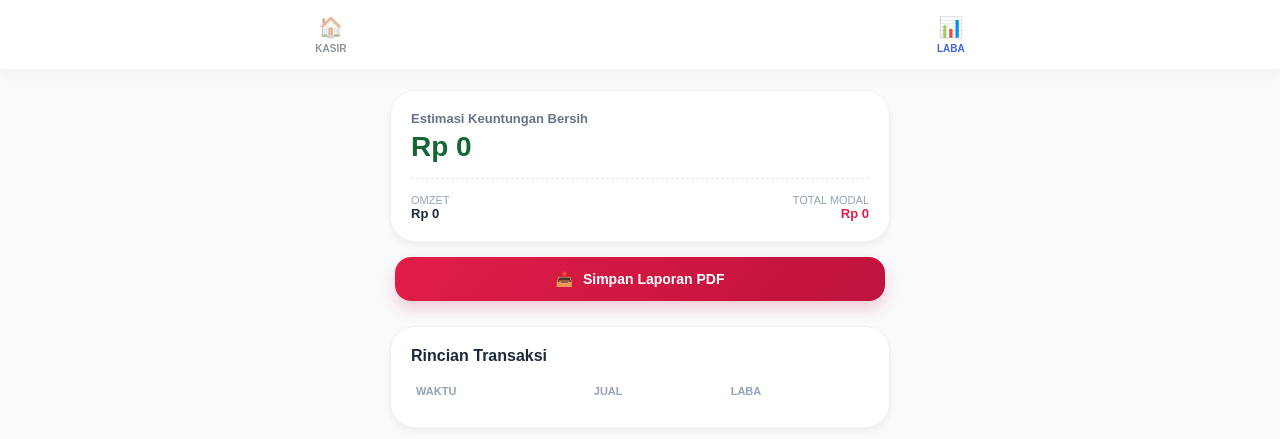
Repository: Tenno1208/bazar-app
Page: http://localhost/laporan-keuntungan
The author's editor kept a copy of each file at every save. The page is drawn from the files as they stood at one save, then again after the next save.
The browser window is 1280 px wide. The pictures show the whole page.
Some web fonts or font styles are not loaded; a fallback is used. The page is served by the project's Laravel application, run on PHP 8.4 with Laravel 12. Other server files are loaded and not shown. Queries for data that is not in the repository find no rows.

Above is the page before, as saved 2026-03-27 15:33:36.

### routes/web.php
<?php

use App\Http\Controllers\Api\TransaksiController;
use Illuminate\Support\Facades\Route;

Route::get('/', function () {
    return view('welcome');
});



Route::get('/transaksi', [TransaksiController::class,'index']);
Route::post('/transaksi', [TransaksiController::class,'store']);
Route::get('/laporan', [TransaksiController::class,'laporan']);

Route::get('/', [TransaksiController::class, 'index']);
Route::post('/tambah', [TransaksiController::class, 'store']);
Route::get('/stok', [TransaksiController::class, 'halamanStok']);
Route::post('/update-stok', [TransaksiController::class, 'updateStok']);
Route::get('/laporan-keuntungan', [TransaksiController::class, 'halamanLaporan']);
Route::get('/download-pdf', [TransaksiController::class, 'downloadPDF']);
Route::delete('/hapus/{id}', [TransaksiController::class, 'destroy']);

### app/Http/Controllers/Api/TransaksiController.php
<?php

namespace App\Http\Controllers\Api;

use App\Http\Controllers\Controller;
use App\Models\Transaksi;
use Barryvdh\DomPDF\Facade\Pdf;
use App\Models\Inventory;
use Illuminate\Http\Request;

class TransaksiController extends Controller
{
    public function index()
{
    $data = Transaksi::latest()->get();
    $total = Transaksi::sum('harga');
    $countQris = Transaksi::where('metode', 'qris')->count();
    $countCash = Transaksi::where('metode', 'cash')->count();


    $inventory = Inventory::firstOrCreate(['nama_produk' => 'Salad Buah']);
    $stok = $inventory->stok;

    return view('dashboard', compact('data', 'total', 'countQris', 'countCash', 'stok'));
}

    public function store(Request $request)
{
    $request->validate([
        'harga' => 'required|numeric',
        'modal' => 'required|numeric', // Tambahkan validasi modal
    ]);

    $inventory = Inventory::where('nama_produk', 'Salad Buah')->first();
    if ($inventory->stok <= 0) {
        return redirect('/')->with('error', 'Stok Habis!');
    }

    Transaksi::create([
        'produk' => $request->produk,
        'modal'  => $request->modal, // Ambil dari input modal
        'harga'  => $request->harga,
        'metode' => $request->metode,
    ]);

    $inventory->decrement('stok');

    if ($request->metode == 'qris') {
        return redirect('/')->with('show_qris', true)->with('harga', $request->harga);
    }

    return redirect('/');
}

    public function updateStok(Request $request)
{
    $inventory = Inventory::where('nama_produk', 'Salad Buah')->first();
    $inventory->update(['stok' => $request->stok]);
    return redirect('/');
}

    public function destroy($id)
    {
        Transaksi::destroy($id);
        return redirect('/')->with('success', 'Transaksi berhasil dihapus');
    }

    // Fungsi laporan tetap ada jika Anda ingin akses via API/JSON
    public function laporan()
    {
        return response()->json([
            'total' => Transaksi::sum('harga'),
            'jumlah_transaksi' => Transaksi::count(),
            'qris_count' => Transaksi::where('metode', 'qris')->count()
        ]);
    }

    public function halamanStok()
{
    $inventory = Inventory::firstOrCreate(['nama_produk' => 'Salad Buah']);
    $stok = $inventory->stok;
    return view('stok', compact('stok'));
}

    public function halamanLaporan()
{
    $data = Transaksi::latest()->get();
    $totalPendapatan = Transaksi::sum('harga');
    $totalModal = Transaksi::sum('modal');
    $totalLaba = $totalPendapatan - $totalModal;

    return view('laporan', compact('data', 'totalPendapatan', 'totalModal', 'totalLaba'));
}

public function downloadPDF()
{
    $data = Transaksi::orderBy('created_at', 'asc')->get();

    $pdf = Pdf::loadView('pdf_laporan', compact('data'));

    $namaFile = 'laporan-bazar-' . date('d-m-Y-His') . '.pdf';

    return $pdf->download($namaFile);
}
}

### app/Models/Transaksi.php
<?php

namespace App\Models;

use Illuminate\Database\Eloquent\Model;

class Transaksi extends Model
{
        protected $fillable = ['produk','harga','metode', 'modal'];
}

### resources/views/laporan.blade.php
<!DOCTYPE html>
<html lang="id">
<head>
    <meta charset="UTF-8">
    <meta name="viewport" content="width=device-width, initial-scale=1.0, maximum-scale=1.0, user-scalable=no">
    <title>Laporan Keuntungan - Bazar App</title>
    <link href="https://fonts.googleapis.com/css2?family=Plus+Jakarta+Sans:wght@400;600;800&display=swap" rel="stylesheet">
    <style>
        :root { --primary: #4361ee; --secondary: #3f37c9; --bg: #f8fafc; --text: #1e293b; }

        body {
            font-family: 'Plus Jakarta Sans', sans-serif;
            background: var(--bg);
            margin: 0;
            padding-bottom: 40px;
            color: var(--text);
        }

        /* Navigasi Sama dengan Dashboard */
        nav {
            background: white;
            padding: 15px 20px;
            display: flex;
            justify-content: space-around;
            align-items: center;
            box-shadow: 0 2px 15px rgba(0,0,0,0.05);
            position: sticky;
            top: 0;
            z-index: 1000;
            border-bottom: 1px solid #f1f5f9;
            margin-bottom: 20px;
        }

        .nav-link {
            text-decoration: none;
            display: flex;
            flex-direction: column;
            align-items: center;
            gap: 4px;
        }

        .container { max-width: 500px; margin: auto; padding: 0 20px; }

        .card {
            background: white;
            padding: 20px;
            border-radius: 25px;
            margin-bottom: 15px;
            box-shadow: 0 4px 6px rgba(0,0,0,0.05);
            border: 1px solid #edf2f7;
        }

        .laba-title { font-size: 13px; font-weight: 600; color: #64748b; margin-bottom: 5px; }
        .laba-amount { color: #166534; font-size: 28px; font-weight: 800; margin-bottom: 15px; }

        .summary-box {
            display: flex;
            justify-content: space-between;
            font-size: 13px;
            padding-top: 15px;
            border-top: 1px dashed #e2e8f0;
        }

        .btn-pdf {
    display: flex;
    align-items: center;
    justify-content: center;
    gap: 10px;
    background: linear-gradient(135deg, #e11d48, #be123c);
    color: white;
    border: none;
    padding: 14px 20px;
    border-radius: 16px;
    font-size: 14px;
    font-weight: 700;
    width: 100%;
    cursor: pointer;
    text-decoration: none;
    box-sizing: border-box; /* Penting: agar padding tidak bikin tombol lebar ke samping */
    margin: 10px 0 25px 0;
    box-shadow: 0 8px 15px rgba(225, 29, 72, 0.2);
    transition: 0.3s;
}

.btn-pdf:active {
    transform: scale(0.97);
    box-shadow: 0 4px 8px rgba(225, 29, 72, 0.1);
}

.btn-pdf i { font-size: 18px; }

        table { width: 100%; border-collapse: collapse; margin-top: 10px; }
        th { text-align: left; font-size: 11px; color: #94a3b8; text-transform: uppercase; padding: 10px 5px; }
        td { padding: 12px 5px; border-bottom: 1px solid #f1f5f9; font-size: 14px; }

        .txt-laba { color: #166534; font-weight: 700; }
        .txt-small { font-size: 11px; color: #94a3b8; display: block; }
    </style>
</head>
<body>

    <nav>
        <a href="/" class="nav-link" style="opacity: 0.5;">
            <span style="font-size: 20px;">🏠</span>
            <span style="font-size: 10px; font-weight: 700; color: var(--text);">KASIR</span>
        </a>
        <a href="/laporan-keuntungan" class="nav-link">
            <span style="font-size: 20px;">📊</span>
            <span style="font-size: 10px; font-weight: 800; color: var(--primary);">LABA</span>
        </a>
    </nav>

    <div class="container">

        <div class="card">
            <div class="laba-title">Estimasi Keuntungan Bersih</div>
            <div class="laba-amount">Rp {{ number_format($totalLaba, 0, ',', '.') }}</div>

            <div class="summary-box">
                <div>
                    <span class="txt-small">OMZET</span>
                    <span style="font-weight: 700;">Rp {{ number_format($totalPendapatan, 0, ',', '.') }}</span>
                </div>
                <div style="text-align: right;">
                    <span class="txt-small">TOTAL MODAL</span>
                    <span style="font-weight: 700; color: #e11d48;">Rp {{ number_format($totalModal, 0, ',', '.') }}</span>
                </div>
            </div>
        </div>

        <div style="padding: 0 5px;">
            <a href="/download-pdf" class="btn-pdf">
                <span>📥</span>
                <span>Simpan Laporan PDF</span>
            </a>
        </div>

        <div class="card">
            <h3 style="margin: 0 0 10px 0; font-size: 16px;">Rincian Transaksi</h3>
            <table>
                <thead>
                    <tr>
                        <th>Waktu</th>
                        <th>Jual</th>
                        <th>Laba</th>
                    </tr>
                </thead>
                <tbody>
                    @foreach($data as $d)
                    <tr>
                        <td>
                            <span style="font-weight: 600;">{{ $d->created_at->format('H:i') }}</span>
                            <span class="txt-small">{{ strtoupper($d->metode) }}</span>
                        </td>
                        <td>Rp {{ number_format($d->harga, 0, ',', '.') }}</td>
                        <td class="txt-laba">+{{ number_format($d->harga - $d->modal, 0, ',', '.') }}</td>
                    </tr>
                    @endforeach
                </tbody>
            </table>
        </div>

    </div>

</body>
</html>

Loaded but not shown: app/Http/Controllers/Controller.php (common file)

After the next save:
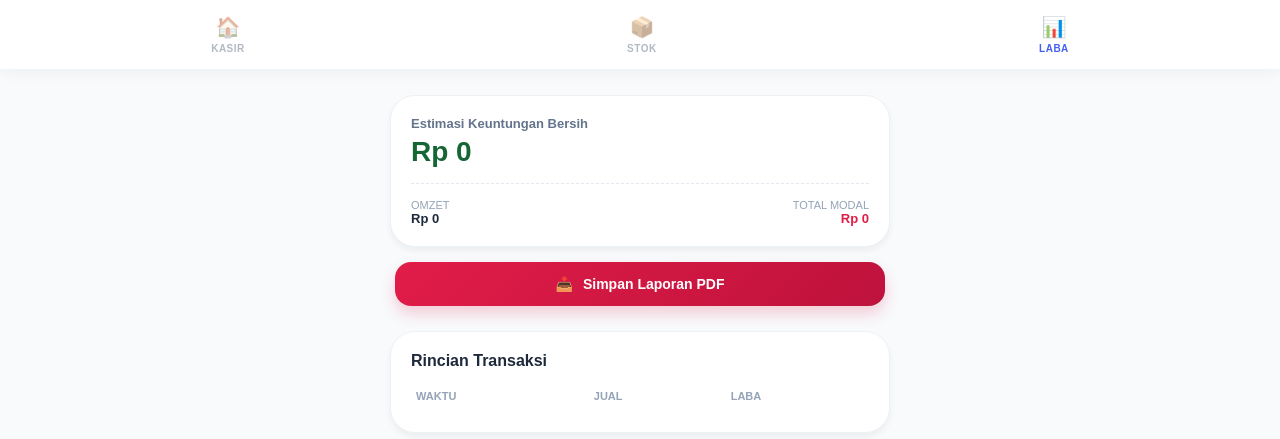
Saved 64 s later.
--- a/resources/views/laporan.blade.php
+++ b/resources/views/laporan.blade.php
@@ -16,7 +16,7 @@
             color: var(--text);
         }
 
-        /* Navigasi Sama dengan Dashboard */
+        /* Navigasi Konsisten dengan 3 Menu */
         nav {
             background: white;
             padding: 15px 20px;
@@ -28,7 +28,7 @@
             top: 0;
             z-index: 1000;
             border-bottom: 1px solid #f1f5f9;
-            margin-bottom: 20px;
+            margin-bottom: 25px;
         }
 
         .nav-link {
@@ -37,10 +37,24 @@
             flex-direction: column;
             align-items: center;
             gap: 4px;
+            transition: 0.3s;
+        }
+
+        .nav-label {
+            font-size: 10px;
+            font-weight: 700;
+            color: #64748b;
+            letter-spacing: 0.5px;
+        }
+
+        .nav-link.active .nav-label {
+            color: var(--primary);
+            font-weight: 800;
         }
 
         .container { max-width: 500px; margin: auto; padding: 0 20px; }
 
+        /* Card Styling */
         .card {
             background: white;
             padding: 20px;
@@ -61,34 +75,34 @@
             border-top: 1px dashed #e2e8f0;
         }
 
+        /* Button PDF Styling */
         .btn-pdf {
-    display: flex;
-    align-items: center;
-    justify-content: center;
-    gap: 10px;
-    background: linear-gradient(135deg, #e11d48, #be123c);
-    color: white;
-    border: none;
-    padding: 14px 20px;
-    border-radius: 16px;
-    font-size: 14px;
-    font-weight: 700;
-    width: 100%;
-    cursor: pointer;
-    text-decoration: none;
-    box-sizing: border-box; /* Penting: agar padding tidak bikin tombol lebar ke samping */
-    margin: 10px 0 25px 0;
-    box-shadow: 0 8px 15px rgba(225, 29, 72, 0.2);
-    transition: 0.3s;
-}
+            display: flex;
+            align-items: center;
+            justify-content: center;
+            gap: 10px;
+            background: linear-gradient(135deg, #e11d48, #be123c);
+            color: white;
+            border: none;
+            padding: 14px 20px;
+            border-radius: 16px;
+            font-size: 14px;
+            font-weight: 700;
+            width: 100%;
+            cursor: pointer;
+            text-decoration: none;
+            box-sizing: border-box;
+            margin: 10px 0 25px 0;
+            box-shadow: 0 8px 15px rgba(225, 29, 72, 0.2);
+            transition: 0.3s;
+        }
 
-.btn-pdf:active {
-    transform: scale(0.97);
-    box-shadow: 0 4px 8px rgba(225, 29, 72, 0.1);
-}
+        .btn-pdf:active {
+            transform: scale(0.97);
+            box-shadow: 0 4px 8px rgba(225, 29, 72, 0.1);
+        }
 
-.btn-pdf i { font-size: 18px; }
-
+        /* Table Styling */
         table { width: 100%; border-collapse: collapse; margin-top: 10px; }
         th { text-align: left; font-size: 11px; color: #94a3b8; text-transform: uppercase; padding: 10px 5px; }
         td { padding: 12px 5px; border-bottom: 1px solid #f1f5f9; font-size: 14px; }
@@ -102,11 +116,15 @@
     <nav>
         <a href="/" class="nav-link" style="opacity: 0.5;">
             <span style="font-size: 20px;">🏠</span>
-            <span style="font-size: 10px; font-weight: 700; color: var(--text);">KASIR</span>
+            <span class="nav-label">KASIR</span>
         </a>
-        <a href="/laporan-keuntungan" class="nav-link">
+        <a href="/stok" class="nav-link" style="opacity: 0.5;">
+            <span style="font-size: 20px;">📦</span>
+            <span class="nav-label">STOK</span>
+        </a>
+        <a href="/laporan-keuntungan" class="nav-link active">
             <span style="font-size: 20px;">📊</span>
-            <span style="font-size: 10px; font-weight: 800; color: var(--primary);">LABA</span>
+            <span class="nav-label">LABA</span>
         </a>
     </nav>
 
